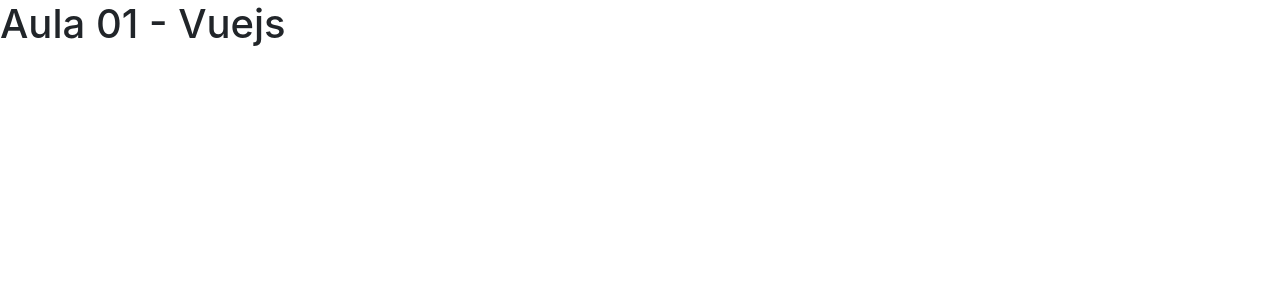
Repository: wolwerr/VueJs-Ninja
Page: Aula-10.html
An editor plug-in stored every save of this project. The page is shown before and after the next save, followed by the edit.
The browser window is 1280 px wide. The pictures show the whole page.

Above is the page before, as saved 2021-10-24 23:04:38.

After the next save:
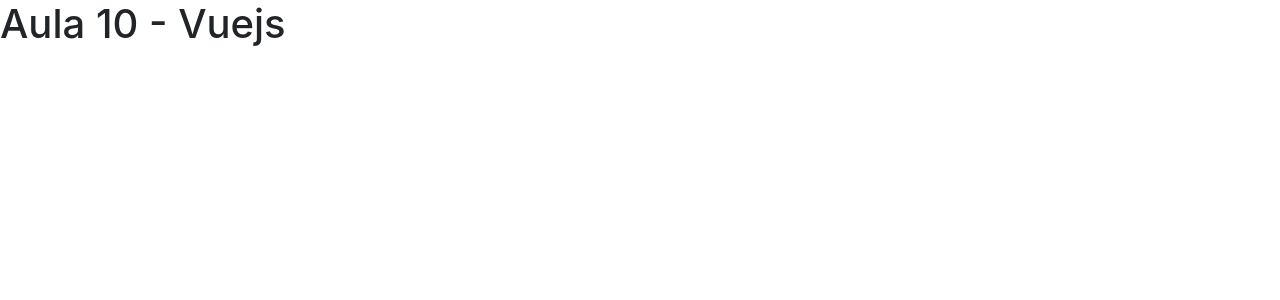
Saved 10 s later.
--- a/Aula-10.html
+++ b/Aula-10.html
@@ -22,7 +22,7 @@
             el: "#app",
 
             data: {
-                titulo: "Aula 01 - Vuejs",
+                titulo: "Aula 10 - Vuejs",
                 firstName: "",
                 lastName: "",
                // fullName:""
